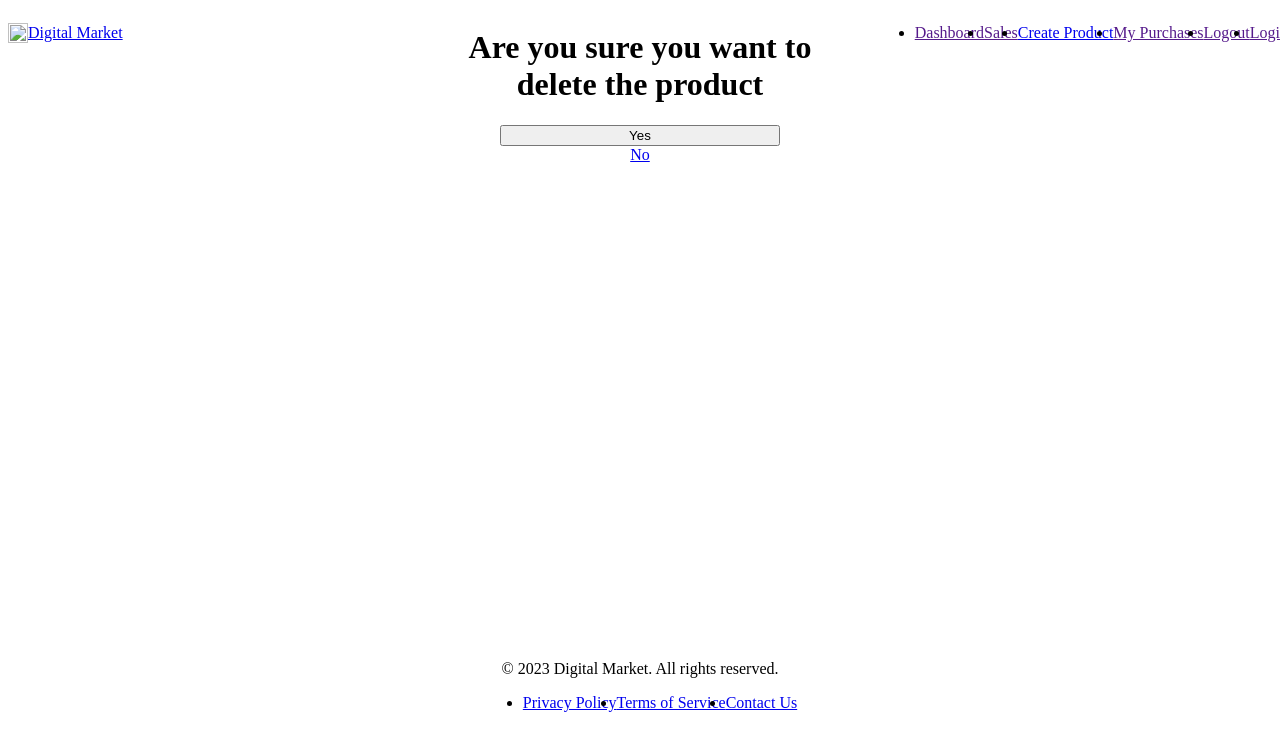
Repository: Zedestar/DigitalMarket_django
Page: http://localhost/delete_product/5/
These files come from the project's save history. The page is drawn as it stood at one moment and after the next save; the edit follows.
The browser window is 1280 px wide. The pictures show the whole page.
The page is served by the project's application, run on Django 5.2 (manage.py). Other server files are loaded and not shown. Style sheets and scripts are compiled from the project's sources, by tool versions that may differ from the author's. The page reads the database file committed with the project.

Above is the page before, as saved 2025-03-28 11:03:23.

### myapp/templates/myapp/delete_product.html
{% extends 'base.html' %}
{% block body %}
    <div class="shadow-lg flex items-center justify-center h-full w-full">
        <form method="POST"
              class="w-1/3 my-16 mx-auto bg-white p-6 rounded-lg shadow-lg">
            {% csrf_token %}
            <h1 class="text-center m-4 font-bold text-lg">Are you sure you want to delete the product</h1>
            <div class="w-full mb-4 flex items-center justify-center">
                <button type="submit"
                        class="w-2/3 bg-green-200 text-white py-2 rounded hover:bg-green-600 transition">Yes</button>
            </div>
            <div class="w-full mb-4 flex items-center justify-center">
                <a href="{% url 'index_view' %}"
                   class="w-1/3 bg-green-500 text-white py-2 rounded hover:bg-green-600 transition text-center">No</a>
            </div>
        </form>
    </div>
{% endblock body %}

### templates/base.html
{% load static %}
<!DOCTYPE html>
<html lang="en">
    <head>
        <meta charset="UTF-8">
        <meta name="viewport" content="width=device-width, initial-scale=1.0">
        <meta name="keywords">
        <meta name="description">
        <title>Document</title>
        <link rel="stylesheet" href="{% static 'tailwind/styles.css' %}">
    </head>
    <body class="bg-gray-200 flex flex-col min-h-screen">
        {% include 'partials/navbar.html' %}
        {% if messages %}
            <div id="successModal"
                 class="fixed inset-0 flex items-center justify-center bg-gray-900 bg-opacity-50">
                <div class="bg-white rounded-lg p-6 w-96 shadow-lg">
                    <h2 class="text-lg font-bold text-green-600">Success</h2>
                    <p class="mt-2 text-gray-600">
                        {% for message in messages %}{{ message }}{% endfor %}
                    </p>
                    <button onclick="closeModal()"
                            class="mt-4 bg-green-500 text-white px-4 py-2 rounded hover:bg-green-600">OK</button>
                </div>
            </div>
            <script>
    document.addEventListener("DOMContentLoaded", function () {
        var successModal = document.getElementById("successModal");
        if (successModal) {
            setTimeout(() => {
                successModal.style.display = "none";
            }, 3000); // Auto-hide after 3 seconds
        }
    });

    function closeModal() {
        document.getElementById("successModal").style.display = "none";
    }
            </script>
        {% endif %}
        <main class="flex-1 mt-10">
            {% block body %}
            {% endblock body %}
        </main>
        {% include 'partials/footer.html' %}
    </body>
</html>

### templates/partials/navbar.html
<nav class="fixed top-0 w-full z-10">
    <div class="flex justify-between shadow-lg py-2 text-sm font-medium">
        <a href="{% url 'index_view' %}"
           class="flex items-center justify-center ml-6">
            <img src="" alt="" height="20px" width="20px">
            <span class="mx-2 text-green-600 text-24">Digital Market</span>
        </a>
        <ul class="mr-6 flex">
            <li class="mx-4">
                <a href="">Dashboard</a>
            </li>
            <li class="mx-4">
                <a href="">Sales</a>
            </li>
            <li class="mx-4">
                <a href="{% url 'create_product' %}">Create Product</a>
            </li>
            <li class="mx-4">
                <a href="">My Purchases</a>
            </li>
            <li class="mx-4">
                <a href="">Logout</a>
            </li>
            <li class="mx-4">
                <a href="">Login</a>
            </li>
        </ul>
    </div>
</nav>

### templates/partials/footer.html
<footer class="bg-gray-200 text-black py-1 shadow-lg bottom-0 w-full">
    <div class="container mx-auto text-center">
        <p>&copy; 2023 Digital Market. All rights reserved.</p>
        <ul class="flex justify-center">
            <li class="mx-4">
                <a href="#" class="hover:underline">Privacy Policy</a>
            </li>
            <li class="mx-4">
                <a href="#" class="hover:underline">Terms of Service</a>
            </li>
            <li class="mx-4">
                <a href="#" class="hover:underline">Contact Us</a>
            </li>
        </ul>
    </div>
</footer>

### myapp/models.py
from django.db import models
from django.conf import settings

# Create your models here.


class Category(models.Model):
    name = models.CharField(max_length=100, null=False, blank=False)
    description = models.TextField(null=True, blank=True)

    def __str__(self):
        return self.name



class Product(models.Model):
    name = models.CharField(max_length=100, null=False, blank=False)
    description = models.TextField()
    price = models.FloatField(null=False, blank=False)
    category = models.ForeignKey(Category, blank=False, null=True, on_delete=models.SET_NULL)
    photo = models.ImageField(upload_to='product-photos')
    created_at = models.DateTimeField(auto_now_add=True)
    updated_at = models.DateTimeField(auto_now=True)

    def __str__(self):
        return self.name


class Order(models.Model):
    user = models.ForeignKey(settings.AUTH_USER_MODEL, related_name="orders", on_delete=models.PROTECT)
    created_at = models.DateTimeField(auto_now_add=True)
    updated_at = models.DateTimeField(auto_now=True)
    total_amount = models.FloatField(default=0)
    status = models.CharField(max_length=100, choices=[
        ('Pending', 'Pending'),
        ('Completed', 'Completed'),
        ('Cancelled', 'Cancelled'),
        ], default='Pending')

    def __str__(self):
        return f"{ self.user.username} - {self.total_amount}"



class OrderItem(models.Model):
    order = models.ForeignKey(Order, related_name="items", on_delete=models.CASCADE)
    product = models.ForeignKey(Product, on_delete=models.PROTECT)
    quantity = models.IntegerField(default=1)
    color = models.CharField(max_length=100, choices=[
        ('Red', 'Red'),
        ('Blue', 'Blue'),
        ('Green', 'Green'),
        ('Brown', 'Brown'),

    ],  default='Red')



    def __str__(self):
        return f"Delivery {self.order.user} - {self.status}"

### myapp/views.py
from django.shortcuts import render, redirect
from django.contrib import messages
from .models import Product
from .forms import ProductForm

# Create your views here.


def index(request):
    products = Product.objects.all()
    context = {
        'products' : products
    }
    return render(request, 'myapp/index.html', context=context)


def product_details(request, pk):
    product = Product.objects.get(pk=pk)
    context = {
        'product' : product
    }
    return render(request, 'myapp/product_details.html', context=context)


def create_product(request):
    if request.method == "POST":
        form = ProductForm(request.POST, request.FILES)
        if form.is_valid():
            form.save()
            messages.success(request, "Product created successfully")
            return redirect("index_view")
    else:
        form = ProductForm()
    context = {
        "form" : form,
    }
    return render(request, 'myapp/create_product.html', context=context)


def edit_product(request, pk):
    product_to_edit = Product.objects.get(pk=pk)
    if request.method == "POST":
        form = ProductForm(request.POST, request.FILES, instance=product_to_edit)
        if form.is_valid():
            form.save()
            messages.success(request, "Product updated successfully")
            return redirect("index_view")
        else:
            messages.error(request, f"{form.errors}")
    else:
        form = ProductForm(instance=product_to_edit)
    context = {
        "form":form
    }
    return render(request, 'myapp/edit_product.html', context=context)


def delete_product(request, pk):
    product_to_delete = Product.objects.get(pk=pk)
    if request.method == "POST":
        messages.success(request, f"{product_to_delete.name} deleted successfully")
        product_to_delete.delete()
        return redirect("index_view")
    return render(request, 'myapp/delete_product.html', context={})

### DigitalMarket/urls.py
"""
URL configuration for DigitalMarket project.

The `urlpatterns` list routes URLs to views. For more information please see:
    https://docs.djangoproject.com/en/5.1/topics/http/urls/
Examples:
Function views
    1. Add an import:  from my_app import views
    2. Add a URL to urlpatterns:  path('', views.home, name='home')
Class-based views
    1. Add an import:  from other_app.views import Home
    2. Add a URL to urlpatterns:  path('', Home.as_view(), name='home')
Including another URLconf
    1. Import the include() function: from django.urls import include, path
    2. Add a URL to urlpatterns:  path('blog/', include('blog.urls'))
"""
from django.contrib import admin
from django.urls import path, include
from django.conf import settings
from django.conf.urls.static import static

urlpatterns = [
    path('admin/', admin.site.urls),
    path('', include('myapp.urls')),
]

urlpatterns += static(settings.MEDIA_URL, document_root=settings.MEDIA_ROOT)

### myapp/urls.py
from .  import views
from django.urls import path

urlpatterns = [
    path('', views.index, name='index_view'),
    path('product_details/<str:pk>/', views.product_details, name='product_details'),
    path('create_product', views.create_product, name='create_product'),
    path('edit_product/<str:pk>/', views.edit_product, name='edit_product'),
    path('delete_product/<str:pk>/', views.delete_product, name='delete_product'),
]

### db.sqlite3 (the tables this page reads, as SQL)
CREATE TABLE "myapp_product" ("id" integer NOT NULL PRIMARY KEY AUTOINCREMENT, "name" varchar(100) NOT NULL, "description" text NOT NULL, "price" real NOT NULL, "created_at" datetime NOT NULL, "updated_at" datetime NOT NULL, "photo" varchar(100) NOT NULL, "category_id" bigint NULL REFERENCES "myapp_category" ("id") DEFERRABLE INITIALLY DEFERRED);
INSERT INTO "myapp_product" VALUES
(5, 'watch', 'This is german watch', 90.0, '2025-03-19 15:09:57.364696', '2025-03-19 15:09:57.364696', 'product-photos/wallpaper_T6tvKyB.jpg', NULL),
(6, 'bicycle', 'THis is electric bucycle', 80.0, '2025-03-19 15:11:28.591059', '2025-03-19 15:11:28.591059', 'product-photos/wallpaper_3pVK7fH.jpg', NULL),
(7, 'Guitar', 'This is electric guiatar made with steal', 400.0, '2025-03-19 15:36:16.491002', '2025-03-19 15:36:16.496000', 'product-photos/zedddy.jpg', NULL),
(8, 'books', 'Made in China', 2.0, '2025-03-19 17:16:41.118921', '2025-03-19 17:16:41.118921', 'product-photos/tempFileForShare_20250207-083344.jpg', NULL),
(9, 'Silver Crest', 'Heavy duty', 30.0, '2025-03-19 17:18:02.422139', '2025-03-19 17:18:02.422139', 'product-photos/african_men.jpg', NULL),
(11, 'Car', 'Best self car', 20000.0, '2025-03-28 05:17:11.976292', '2025-03-28 05:17:11.976292', 'product-photos/Carrr.png', 1),
(12, 'Rolex watch', 'Water proof watch', 100.0, '2025-03-28 05:26:45.633340', '2025-03-28 05:26:45.633340', 'product-photos/watch.jpg', 2),
(13, 'Watch', 'This is the form resulted after edited', 11.0, '2025-03-28 05:38:41.486585', '2025-03-28 07:27:57.234266', 'product-photos/watch_FlOU8Bs.jpg', 2);

Loaded but not shown: static/tailwind/tailwindClasses.css (common file)

After the next save:
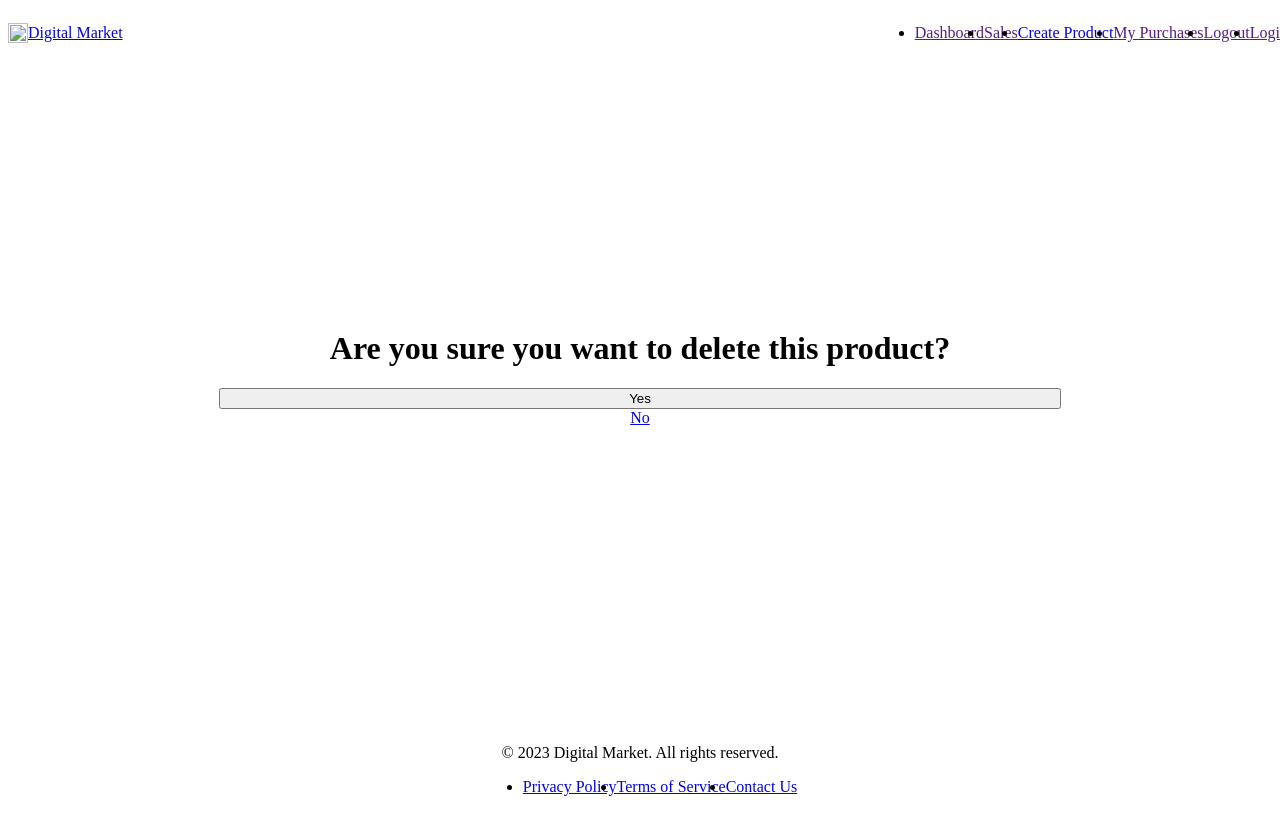
Saved 6 min 31 s later.
--- a/myapp/templates/myapp/delete_product.html
+++ b/myapp/templates/myapp/delete_product.html
@@ -1,17 +1,19 @@
 {% extends 'base.html' %}
 {% block body %}
-    <div class="shadow-lg flex items-center justify-center h-full w-full">
+    <div class="flex items-center justify-center min-h-screen bg-gray-100">
         <form method="POST"
-              class="w-1/3 my-16 mx-auto bg-white p-6 rounded-lg shadow-lg">
+              class="bg-white p-6 rounded-lg shadow-lg w-full max-w-md">
             {% csrf_token %}
-            <h1 class="text-center m-4 font-bold text-lg">Are you sure you want to delete the product</h1>
+            <h1 class="text-center m-4 font-bold text-lg">Are you sure you want to delete this product?</h1>
+            <!-- "Yes" Button -->
             <div class="w-full mb-4 flex items-center justify-center">
                 <button type="submit"
-                        class="w-2/3 bg-green-200 text-white py-2 rounded hover:bg-green-600 transition">Yes</button>
+                        class="w-2/3 bg-red-500 text-white py-2 rounded hover:bg-red-600 transition">Yes</button>
             </div>
-            <div class="w-full mb-4 flex items-center justify-center">
+            <!-- "No" Button (Back) -->
+            <div class="w-full flex items-center justify-center">
                 <a href="{% url 'index_view' %}"
-                   class="w-1/3 bg-green-500 text-white py-2 rounded hover:bg-green-600 transition text-center">No</a>
+                   class="w-1/3 bg-gray-500 text-white py-2 rounded hover:bg-gray-600 transition text-center">No</a>
             </div>
         </form>
     </div>
